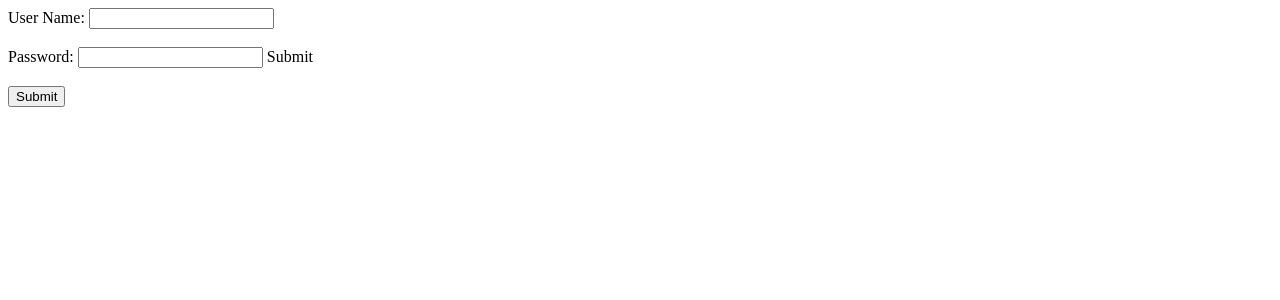
Repository: codeharshita/Code2.0
Page: Form Submission Basic Flow/src/main/webapp/UserForm.html
These files come from the project's save history. The page is drawn as it stood at one moment and after the next save; the edit follows.
The browser window is 1280 px wide. The pictures show the whole page.

Above is the page before, as saved 2024-01-06 15:10:49.

### Form Submission Basic Flow/src/main/webapp/UserForm.html
<!DOCTYPE html>
<html>
<head>
<meta charset="UTF-8">
<title>User Form</title>
</head>
<body>
	<form>
		<label for="userName">User Name:</label>
		<input type="text" id="userName" name="userName"><br><br>
		<label for="pswd">Password: </label>
		<input type="password" id="pswd" name="pswd">
		<label for="btn">Submit</label><br><br>
		<input type="submit" id="btn" name="btn">
	</form>

</body>
</html>

After the next save:
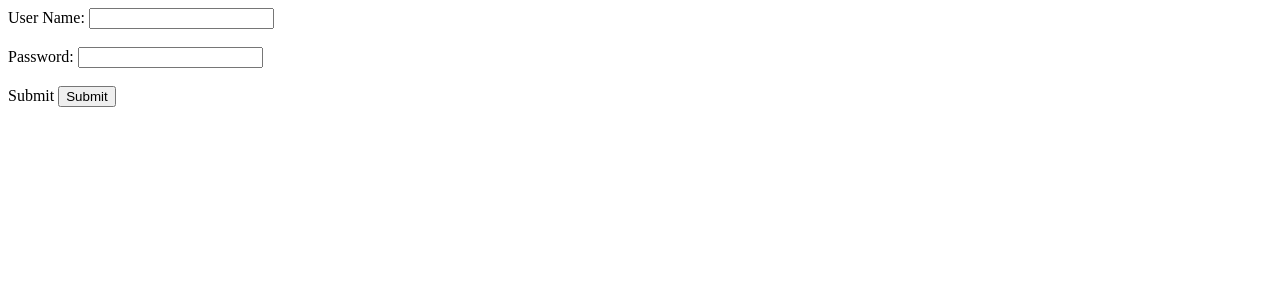
Saved 11 s later.
--- a/Form Submission Basic Flow/src/main/webapp/UserForm.html
+++ b/Form Submission Basic Flow/src/main/webapp/UserForm.html
@@ -9,8 +9,8 @@
 		<label for="userName">User Name:</label>
 		<input type="text" id="userName" name="userName"><br><br>
 		<label for="pswd">Password: </label>
-		<input type="password" id="pswd" name="pswd">
-		<label for="btn">Submit</label><br><br>
+		<input type="password" id="pswd" name="pswd"><br><br>
+		<label for="btn">Submit</label>
 		<input type="submit" id="btn" name="btn">
 	</form>
 
